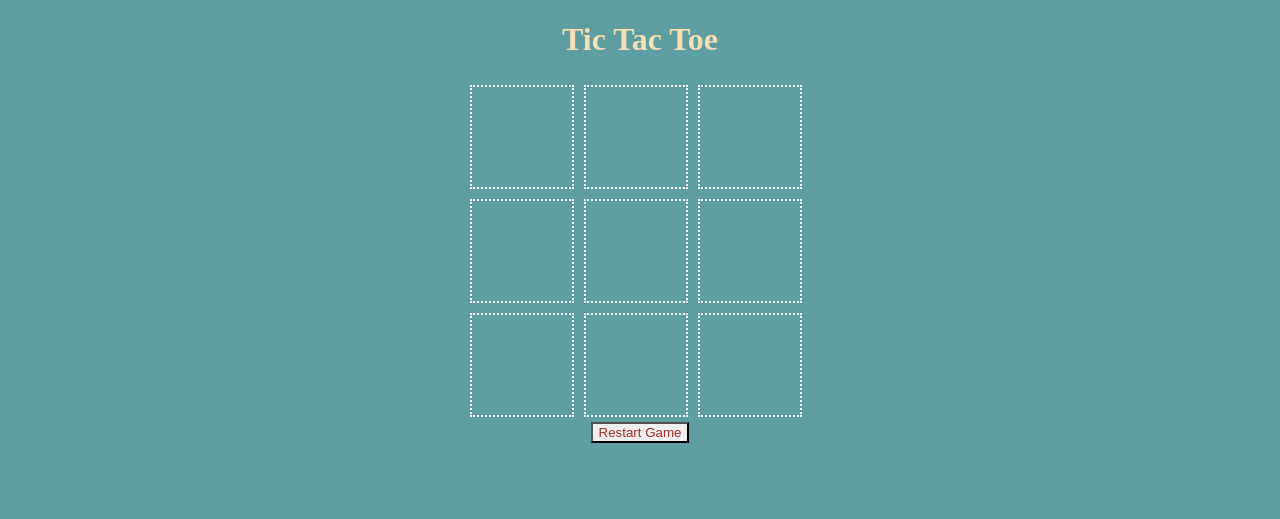
Repository: Hasmik-icml/Tic-Tac-Toe
Page: index.html
An editor plug-in stored every save of this project. The page is shown before and after a run of saves, followed by the edit.
The browser window is 1280 px wide. The pictures show the whole page.

Above is the page before, as saved 2022-02-03 00:54:12.

After the next 2 saves:
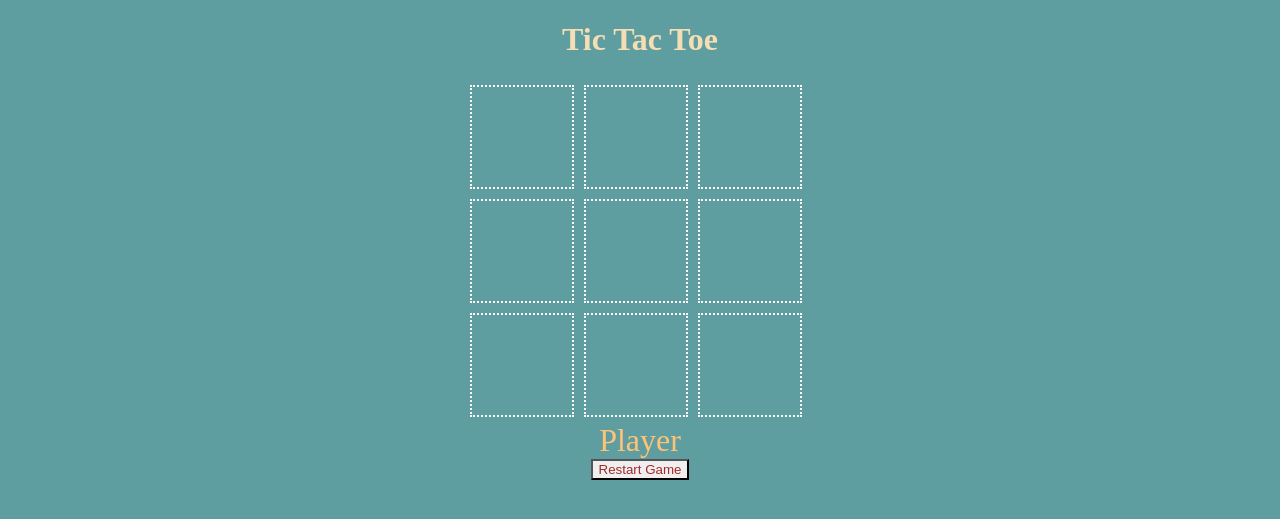
The 2 saves are shown as one change because they came seconds apart.
The last was saved 39 s later.
--- a/index.html
+++ b/index.html
@@ -20,7 +20,7 @@
     <div class="box"></div>
     <div class="box"></div>
   </div>
-  <p class="display-player"></p>
+  <p class="display-player">Player</p>
   <button class="restart">Restart Game</button>
   <script src="/index.js"></script>
 </body>
